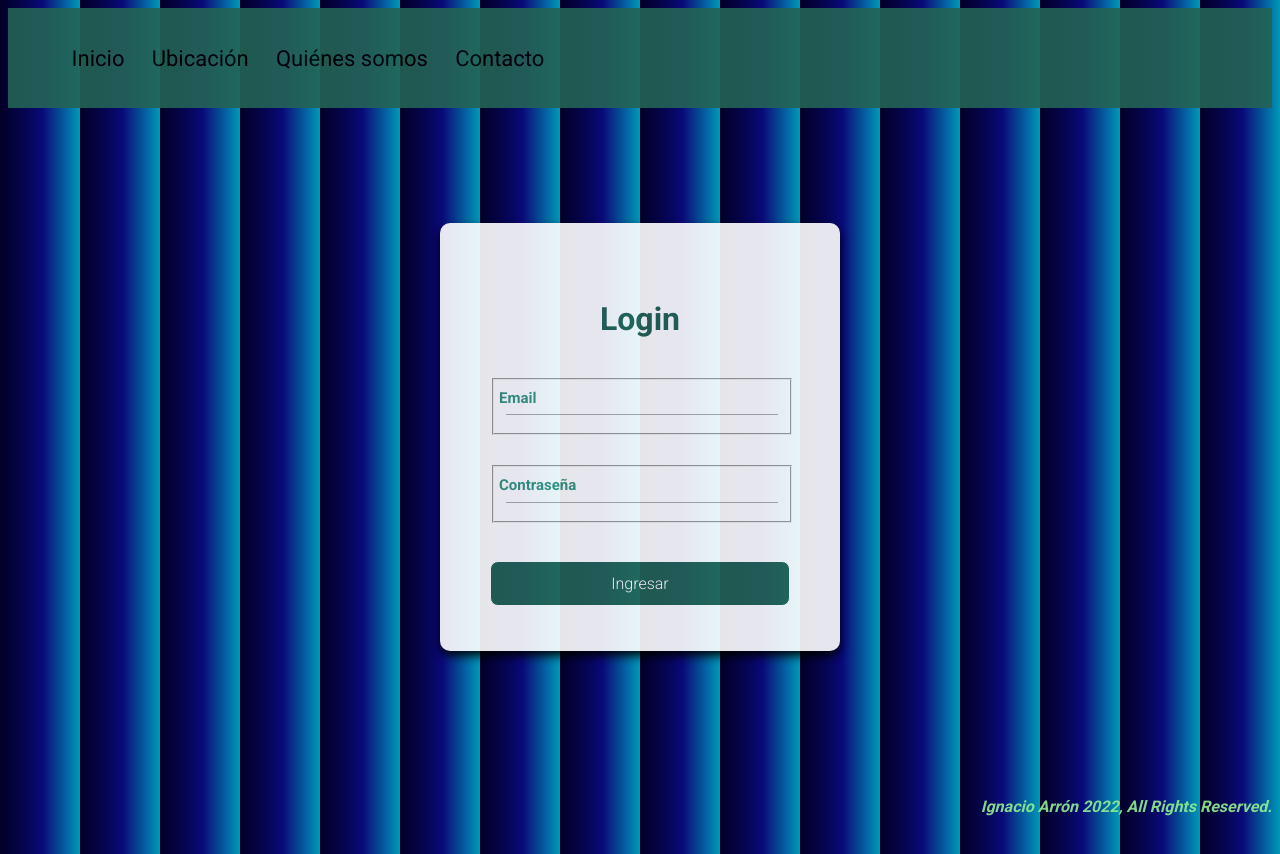
Repository: Divineridh/lppa-parcial2
Page: login.html
The author's editor kept a copy of each file at every save. The page is drawn from the files as they stood at one save, then again after the next save.
The browser window is 1280 px wide. The pictures show the whole page.

Above is the page before, as saved 2022-07-04 21:45:14.

After the next save:
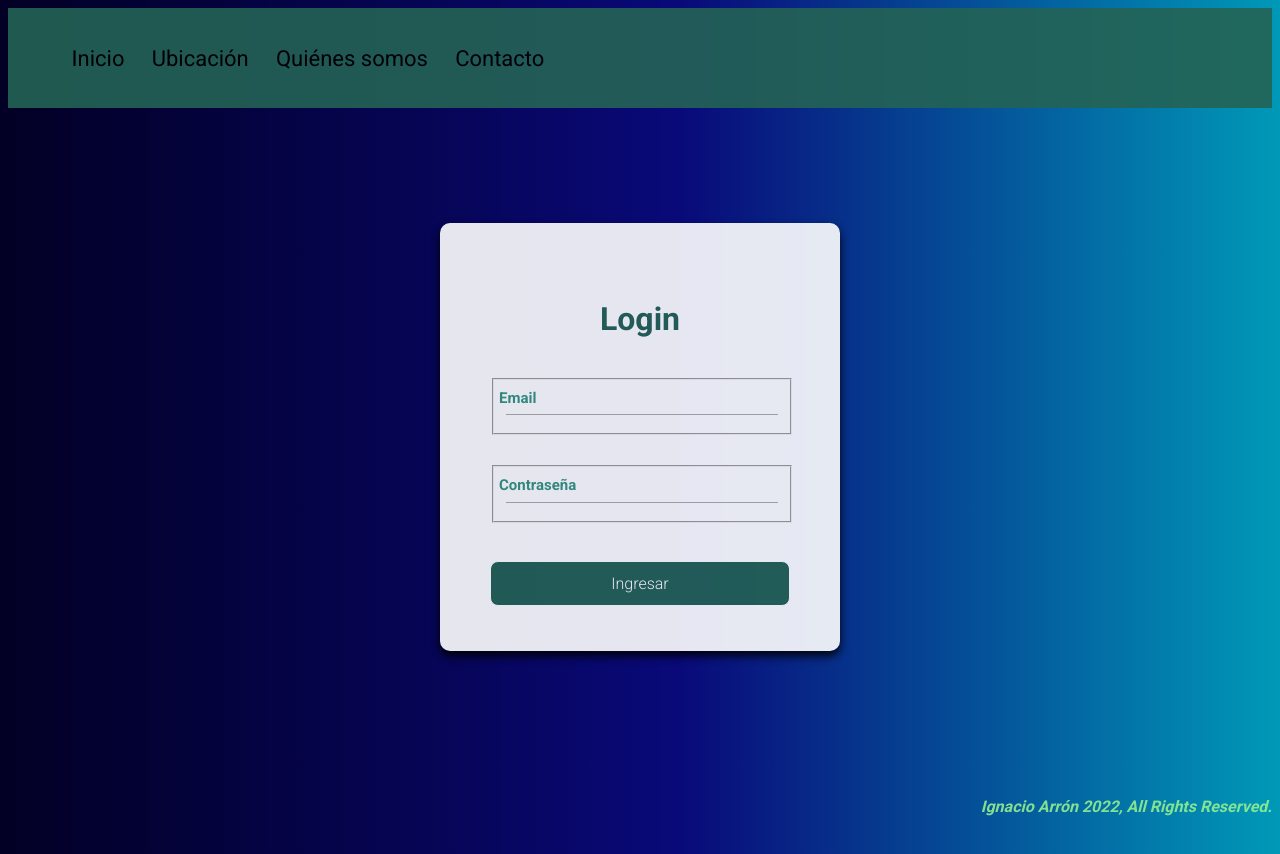
Saved 8 s later.
--- a/styles/style.css
+++ b/styles/style.css
@@ -17,7 +17,6 @@ body{
     opacity: 0.9;
     background: rgb(2,0,36);
     background: linear-gradient(90deg, rgba(2,0,36,1) 0%, rgba(6,5,86,1) 34%, rgba(9,9,121,1) 53%, rgba(0,153,184,1) 100%);
-    background-size: 80px 80px;
     background-position: 0 0,40px 40px;
     display:flex;
     flex-direction: column;
